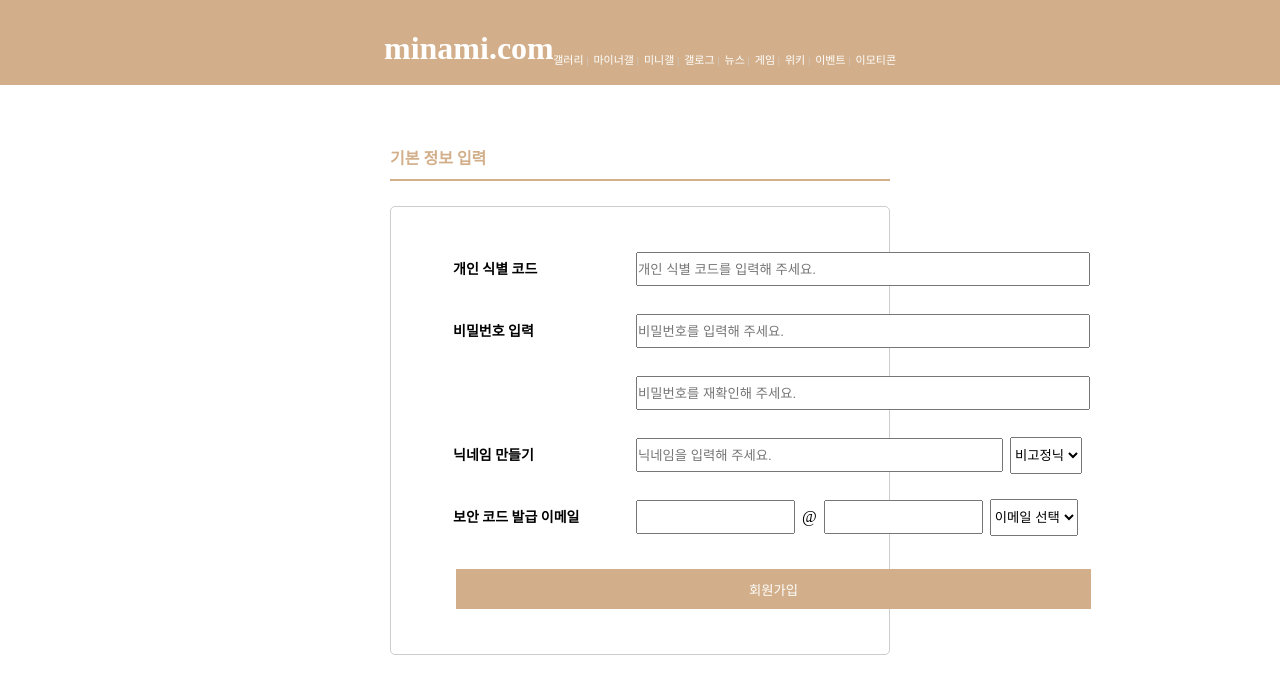
Repository: Minami0717/JSP_Study
Page: http://localhost/JSP_Gall/jsp/joinForm.jsp
These files come from the project's save history. The page is drawn as it stood at one moment and after the next save; the edit follows.
The browser window is 1280 px wide. The pictures show the whole page.
The page is served by Tomcat 9. Other server files are loaded and not shown.

Above is the page before, as saved 2023-02-15 07:09:10.

### JSP_Gall/src/main/webapp/jsp/joinForm.jsp
<%@ page language="java" contentType="text/html; charset=UTF-8"
    pageEncoding="UTF-8"%>
<!DOCTYPE html>
<html>
<head>
<meta charset="UTF-8">
<title>Insert title here</title>
<style>
	* {margin: 0; padding: 0;}
	a {text-decoration: none;}
	li,ul,h1 {display: inline-block;}

	header {background: #d2af8a; position: relative; height: 85px;}
	header a {color: white;}
	header li {font-size: 11px; color: #ccc; margin-left: 5px;}
	header li a:hover {text-decoration: underline;}
	header ul {position: absolute; right: 30%; top: 50px;}
	header h1 {position: absolute; left: 30%; top: 30px;}

	section {width: 500px; margin: 0 auto;}
	section div:first-child {border-bottom: 2px solid #d2af8a; padding: 10px 0; margin-top: 50px;}
	section div:first-child h4 {color: #d2af8a}
	section div:nth-child(2) {border: 1px #cecdce solid; border-radius: 5px; margin: 25px 0; padding: 30px 50px;}

	table label {font-weight: bold; font-size: 14px; display: inline-block; width: 180px;}
	td {padding: 10px;}

	input {margin: 3px;}
	.input {width: 450px; height: 30px;}
	#join {width: 635px; height: 40px; border: none; background: #d2af8a; color: white; cursor: pointer; margin-top: 10px;}
	.button {width: 110px; height: 30px;}

	input[name=nick] {width: 363px;}
	input[name=pwCheck] {margin-left: 183px;}
	input[name=email1],input[name=email2] {width: 155px;}
	select {height: 37px;}
</style>
</head>
<body>
	<header>
		<h1><a href=main.jsp>minami.com</a></h1>
		<ul>
			<li><a href=>갤러리</a> |
			<li><a href=>마이너갤</a> |
			<li><a href=>미니갤</a> |
			<li><a href=>갤로그</a> |
			<li><a href=>뉴스</a> |
			<li><a href=>게임</a> |
			<li><a href=>위키</a> |
			<li><a href=>이벤트</a> |
			<li><a href=>이모티콘</a>
		</ul>
	</header>
	<section>
		<div>
			<h4 align=left>기본 정보 입력</h4>
		</div>
		<div>
			<form action="join.jsp" method=post>
				<table>
					<tr>
						<td><label>개인 식별 코드</label><input type=text placeholder="개인 식별 코드를 입력해 주세요." class=input name=code></td>
					</tr>
					<tr>
						<td><label>비밀번호 입력</label><input type=password placeholder="비밀번호를 입력해 주세요." class=input name=pw></td>
					</tr>
					<tr>
						<td><input type=password placeholder="비밀번호를 재확인해 주세요." class=input name=pwCheck></td>
					</tr>
					<tr>
						<td>
							<label>닉네임 만들기</label><input type=text placeholder="닉네임을 입력해 주세요." class=input name=nick>
							<select name=fixed>
								<option value=false>비고정닉
								<option value=true>고정닉
							</select>
						</td>
					</tr>
					<tr>
						<td>
							<label>보안 코드 발급 이메일</label><input type="text" class=input name=email1> @
							<input type="text" class=input name=email2>
							<select>
								<option>이메일 선택
								<option>naver.com
								<option>직접 입력
							</select>
						</td>
					</tr>
					<tr>
						<td><input type=submit value=회원가입 id=join></td>
					</tr>
				</table>
			</form>
		</div>
	</section>
</body>
</html>

After the next save:
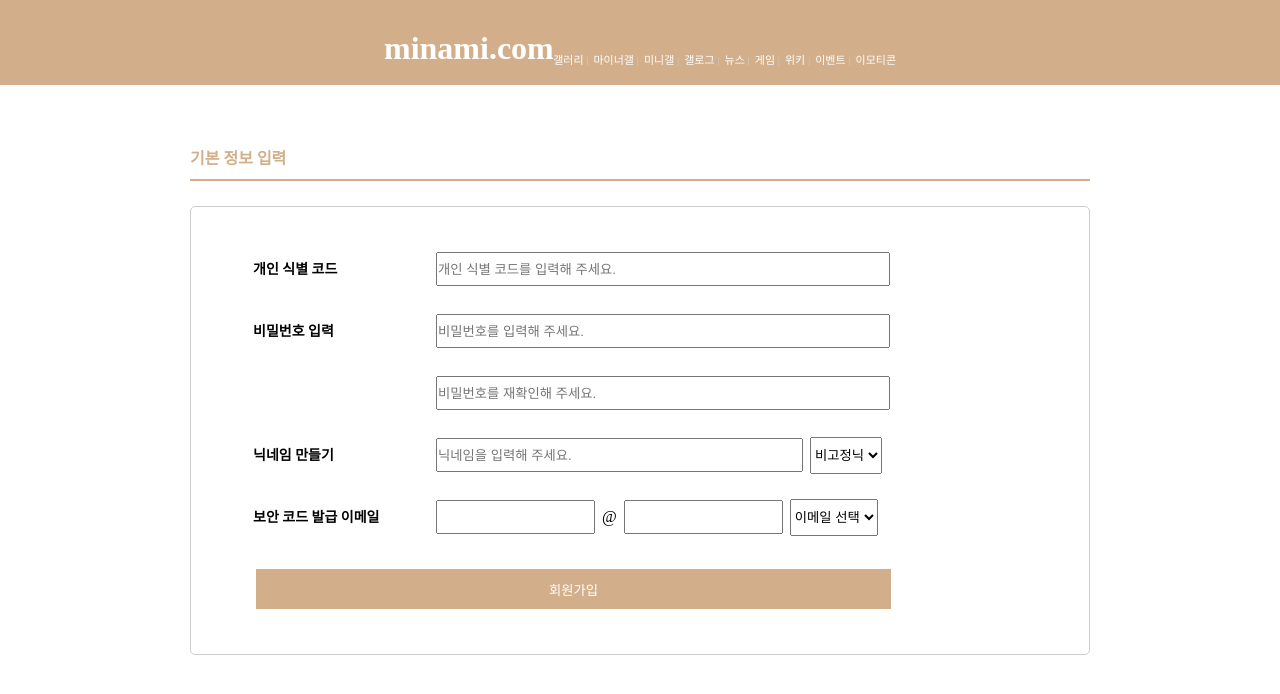
Saved 9 s later.
--- a/JSP_Gall/src/main/webapp/jsp/joinForm.jsp
+++ b/JSP_Gall/src/main/webapp/jsp/joinForm.jsp
@@ -17,7 +17,7 @@
 	header ul {position: absolute; right: 30%; top: 50px;}
 	header h1 {position: absolute; left: 30%; top: 30px;}
 
-	section {width: 500px; margin: 0 auto;}
+	section {width: 900px; margin: 0 auto;}
 	section div:first-child {border-bottom: 2px solid #d2af8a; padding: 10px 0; margin-top: 50px;}
 	section div:first-child h4 {color: #d2af8a}
 	section div:nth-child(2) {border: 1px #cecdce solid; border-radius: 5px; margin: 25px 0; padding: 30px 50px;}
